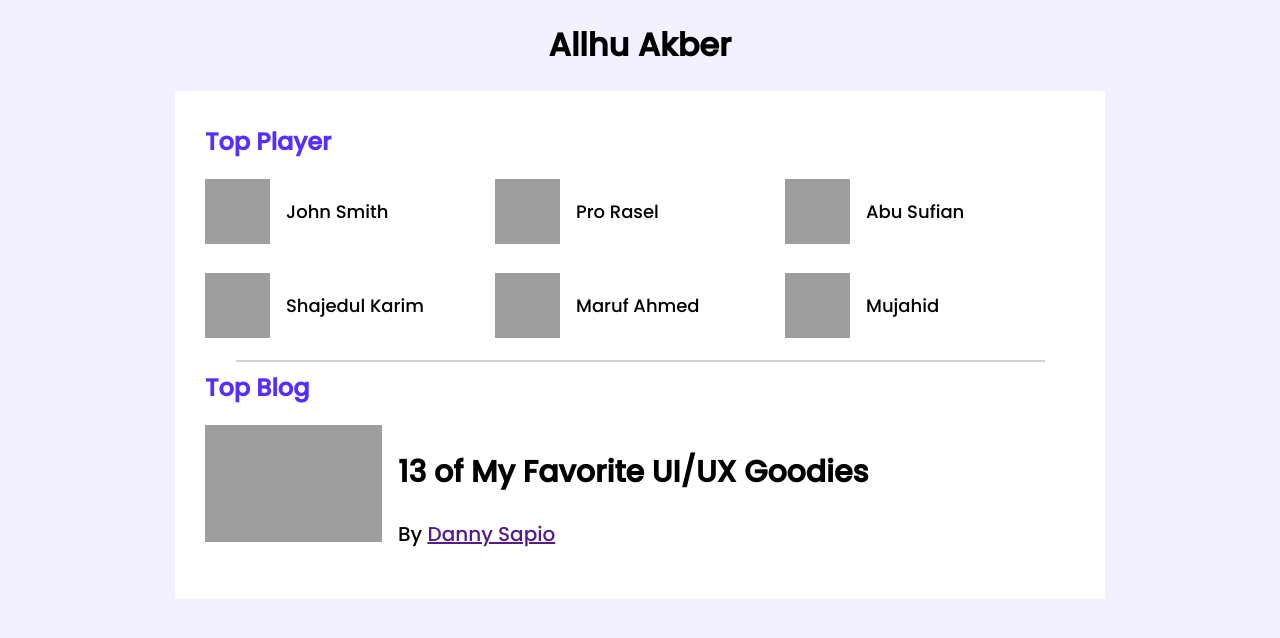
Repository: zjria/leader-board
Page: index.html
These files come from the project's save history. The page is drawn as it stood at one moment and after the next save; the edit follows.
The browser window is 1280 px wide. The pictures show the whole page.
Pictures or frames that could not be fetched are drawn as grey boxes.

Above is the page before, as saved 2022-09-04 08:20:21.

After the next save:
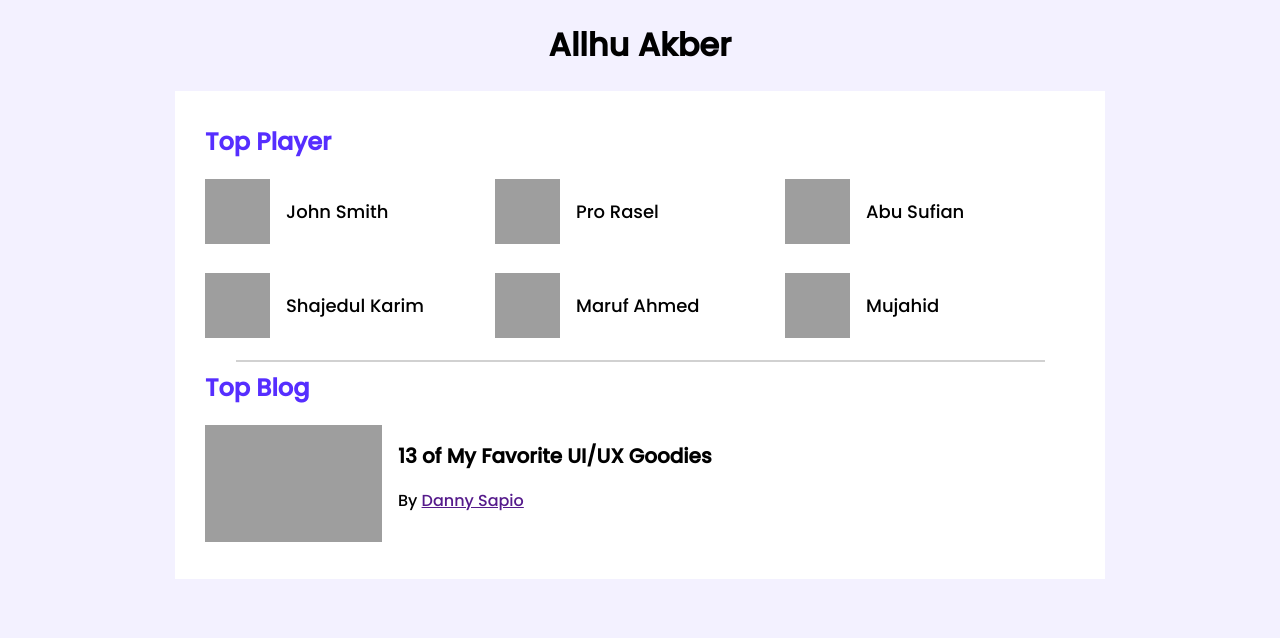
Saved 18 s later.
--- a/style/style.css
+++ b/style/style.css
@@ -79,6 +79,6 @@ h2.section-title {
     margin-right: 16px;
 }
 
-.blog-contain {
+.blog-contain h2 {
     font-size: 20px;
 }
